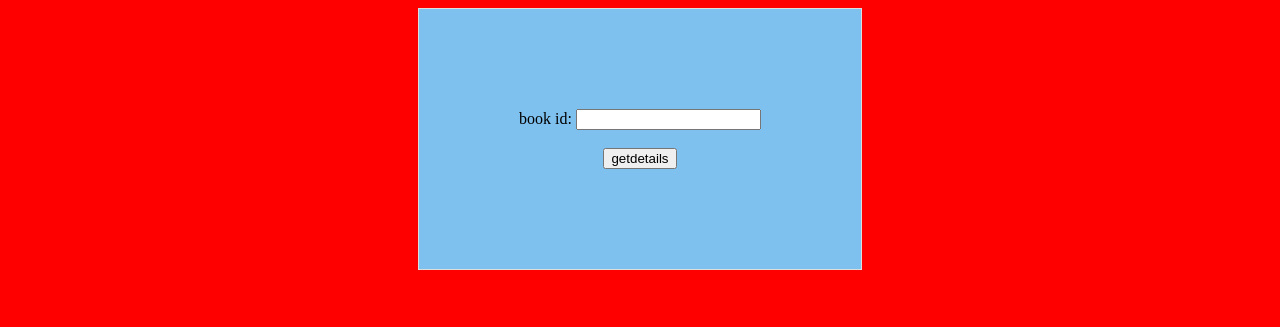
Repository: Saikumar6901/DBSTrainingModules
Page: http://localhost/Bookmanagement/updatefile.jsp
The author's editor kept a copy of each file at every save. The page is drawn from the files as they stood at one save, then again after the next save.
The browser window is 1280 px wide. The pictures show the whole page.
The page is served by Tomcat 9.

Above is the page before, as saved 2019-08-12 15:18:16.

After the next save:
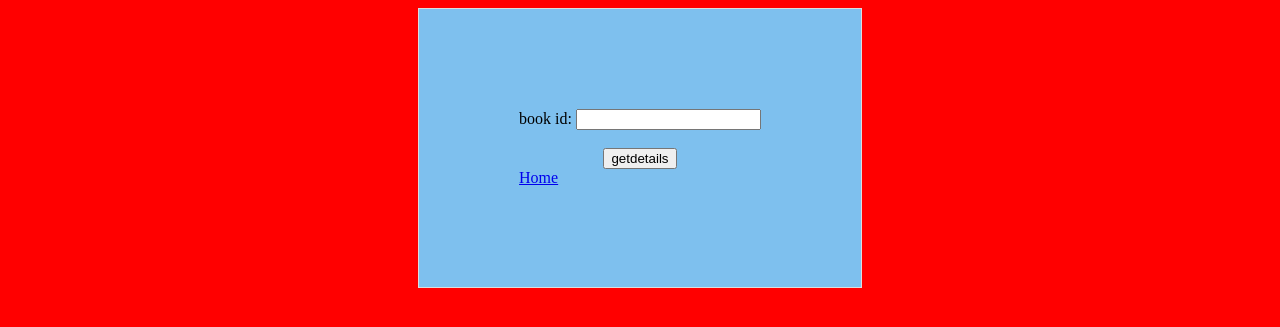
Saved 61 s later.
--- a/eclipse/Bookmanagement/WebContent/updatefile.jsp
+++ b/eclipse/Bookmanagement/WebContent/updatefile.jsp
@@ -26,6 +26,7 @@ background-color:#ff0000;}
 <form action="updatedetails.jsp" class="updateform">
 book id: <input type="text" name="bookid"><br></br>
  <input type="submit" class="subbutton" value="getdetails">
+ <a href="index.html">Home</a>
 </form>
 </body>
 </html>
